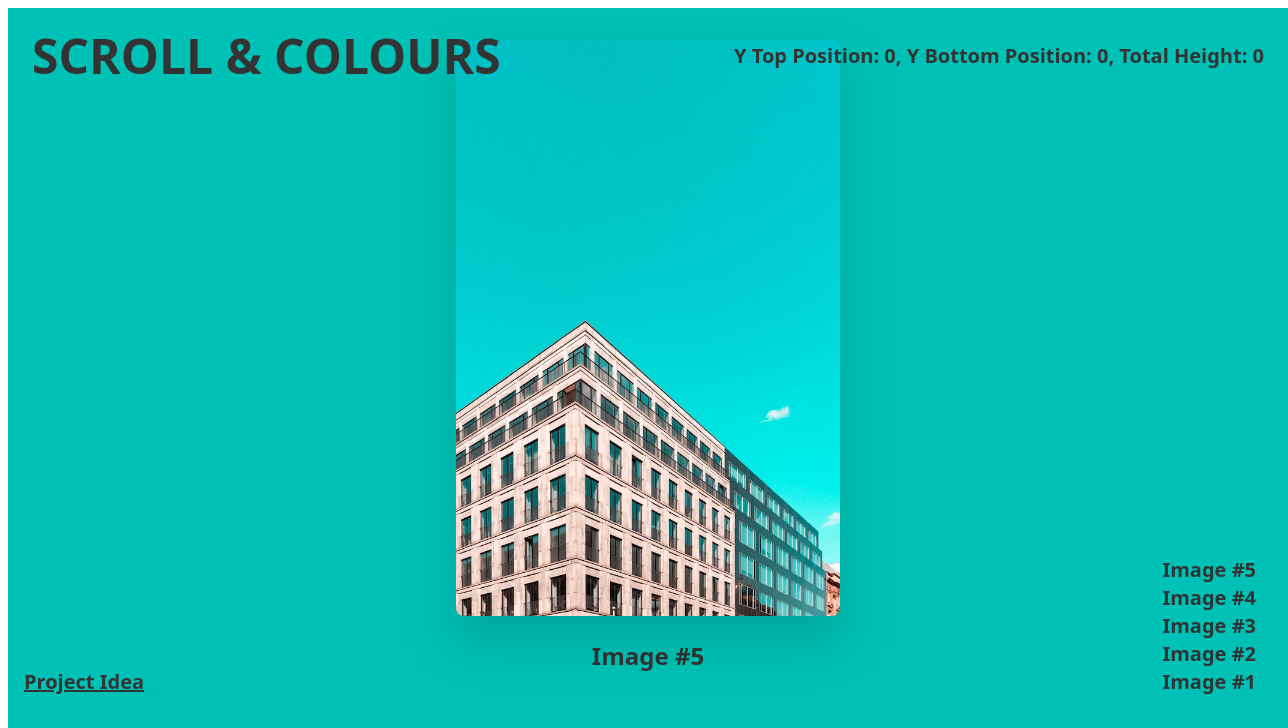
Repository: chelle-c/smooth-scroll-colours
Page: /
These files come from the project's save history. The page is drawn as it stood at one moment and after the next save; the edit follows.
The browser window is 1280 px wide. The page is 1288 px wide, so the pictures cover 1288 px, including what lies to the right of the window. The pictures show the whole page.
An inner scrolling area shows only its first screen. The project was rebuilt for these pictures with package versions that can differ from the ones it lists, and the page was loaded fresh each time. Imported but missing from the stored project, and not drawn on this page: images.

Above is the page before, as saved 2022-09-30 19:53:07.

After the next save:
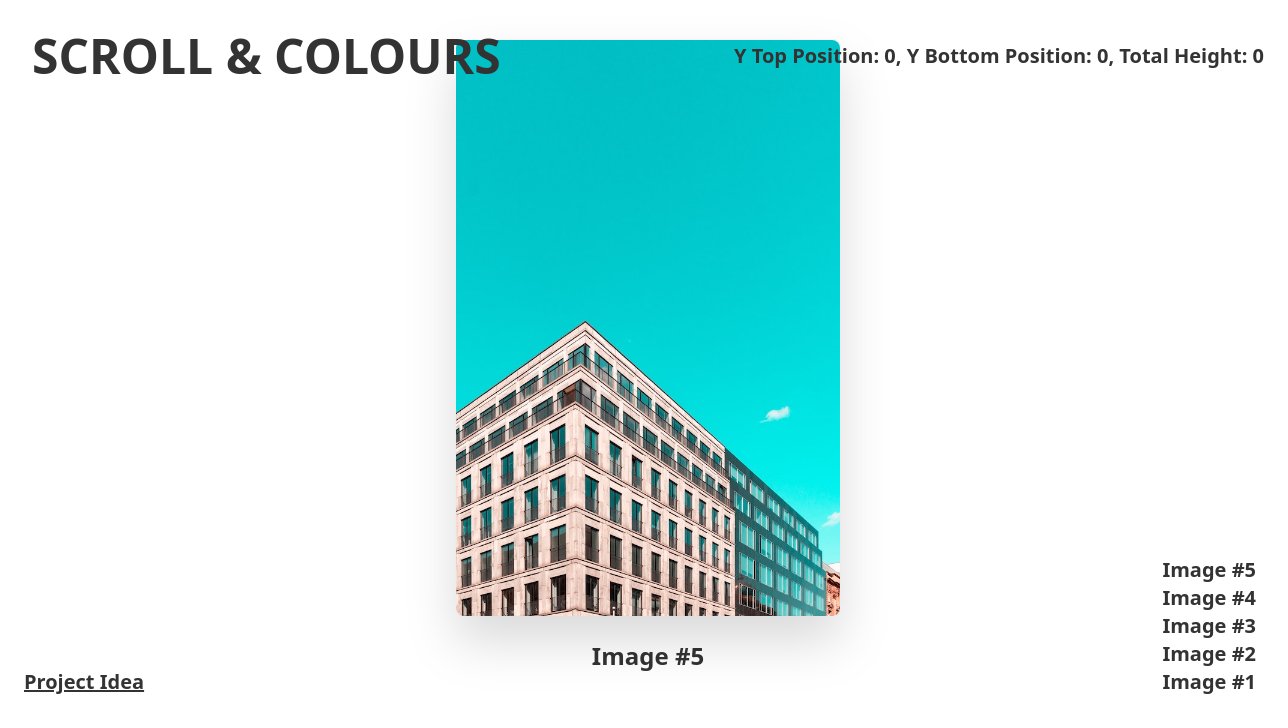
Saved 14 min 44 s later.
--- a/src/App.svelte
+++ b/src/App.svelte
@@ -42,6 +42,11 @@
 			}
 
 			initialBG = colour;
+
+			setInterval(() => {
+				document.getElementById('background').style.backgroundColor =
+					initialBG;
+			}, transitionTime * 1000);
 			lastScroll = yTop;
 			isScrolling = false;
 		}
@@ -60,7 +65,7 @@
 <div
 	id="background"
 	class="bgDisplay min-w-full min-h-screen z-0 absolute"
-	style="background: {initialBG}; transition: background-color {transitionTime}s;"
+	style="transition: background-color {transitionTime}s;"
 />
 
 <main
@@ -157,6 +162,10 @@
 		transition: background-color 1s linear;
 	}
 
+	.bgDisplay {
+		background-color: '#00c1b5';
+	}
+
 	.scrollsnap-container {
 		display: flex;
 		flex-direction: column;

After the 3 saves that followed:
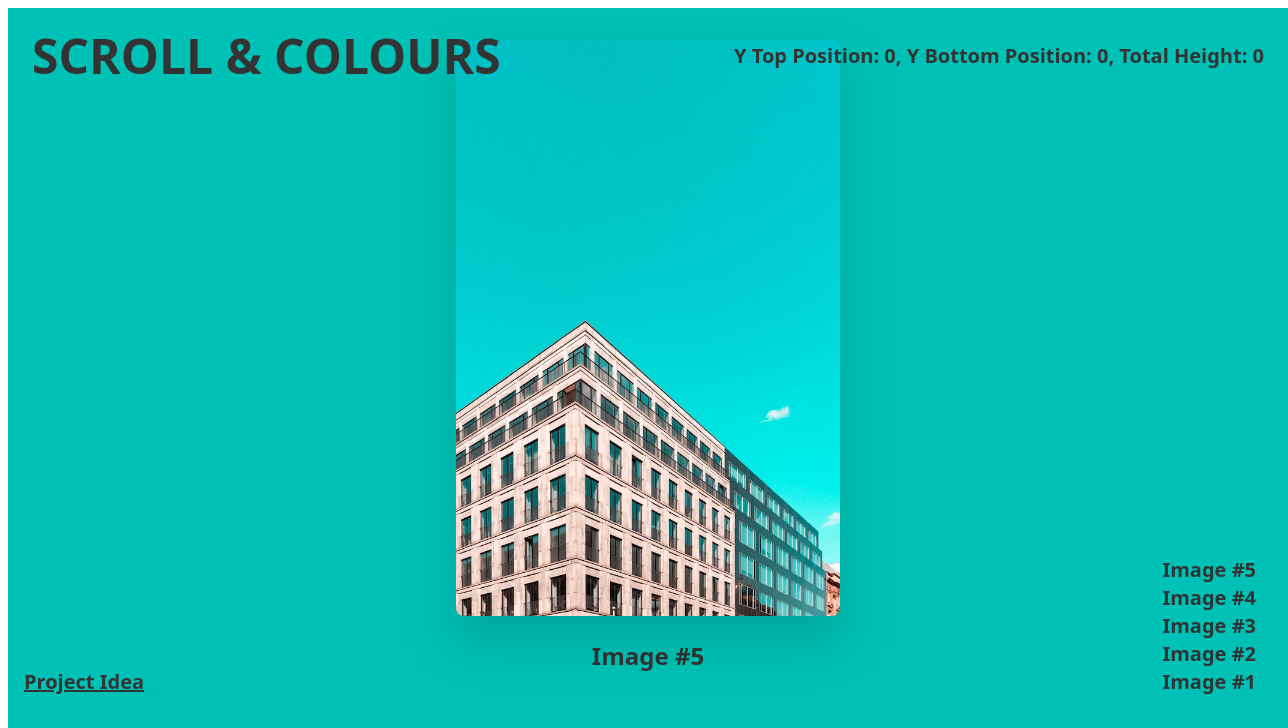
The 3 saves are shown as one change because 1 did not build or start and 1 left the picture as it was.
The last was saved 13 min 31 s later.
--- a/src/App.svelte
+++ b/src/App.svelte
@@ -17,7 +17,7 @@
 	let innerHeight;
 	let lastScroll = 0;
 	let isScrolling = false;
-	let transitionTime = 1.5;
+	let transitionTime = 2;
 
 	const colours = sections.map(section => section.colour);
 	let initialBG = '#00c1b5';
@@ -42,13 +42,12 @@
 			}
 
 			initialBG = colour;
-
 			setInterval(() => {
 				document.getElementById('background').style.backgroundColor =
 					initialBG;
+				lastScroll = yTop;
+				isScrolling = false;
 			}, transitionTime * 1000);
-			lastScroll = yTop;
-			isScrolling = false;
 		}
 	};
 
@@ -163,7 +162,7 @@
 	}
 
 	.bgDisplay {
-		background-color: '#00c1b5';
+		background-color: #00c1b5;
 	}
 
 	.scrollsnap-container {
